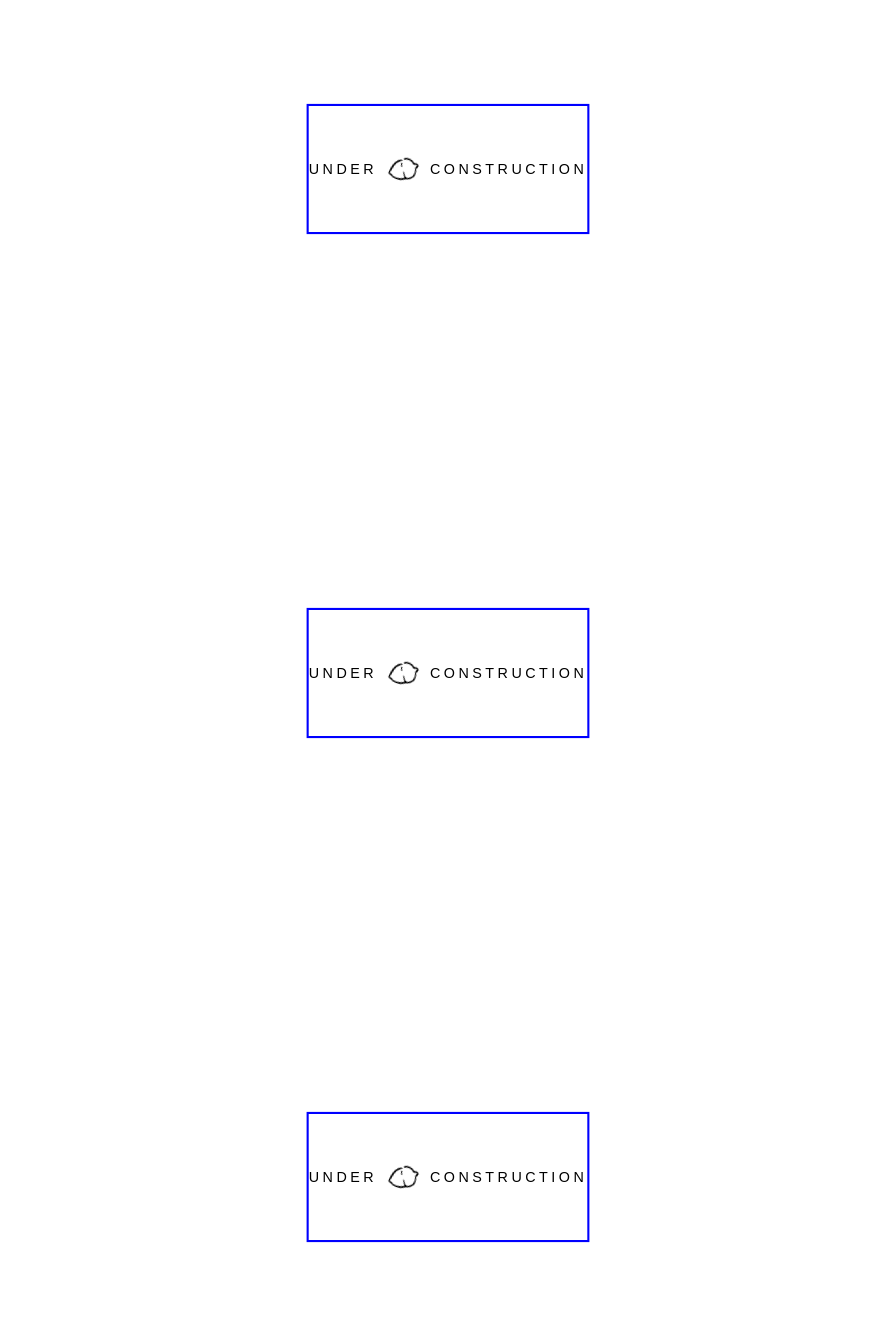
Repository: Achorn/achorn.github.io
Page: /
An editor plug-in stored every save of this project. The page is shown before and after the next save, followed by the edit.
The browser window is 1280 px wide. The pictures show the part of the page from y = 839 to 2759 px (the page is 2880 px tall), at 70% of full size.
The project was rebuilt for these pictures with package versions that can differ from the ones it lists, and the page was loaded fresh each time.

Above is the page before, as saved 2023-05-10 10:47:24.

After the next save:
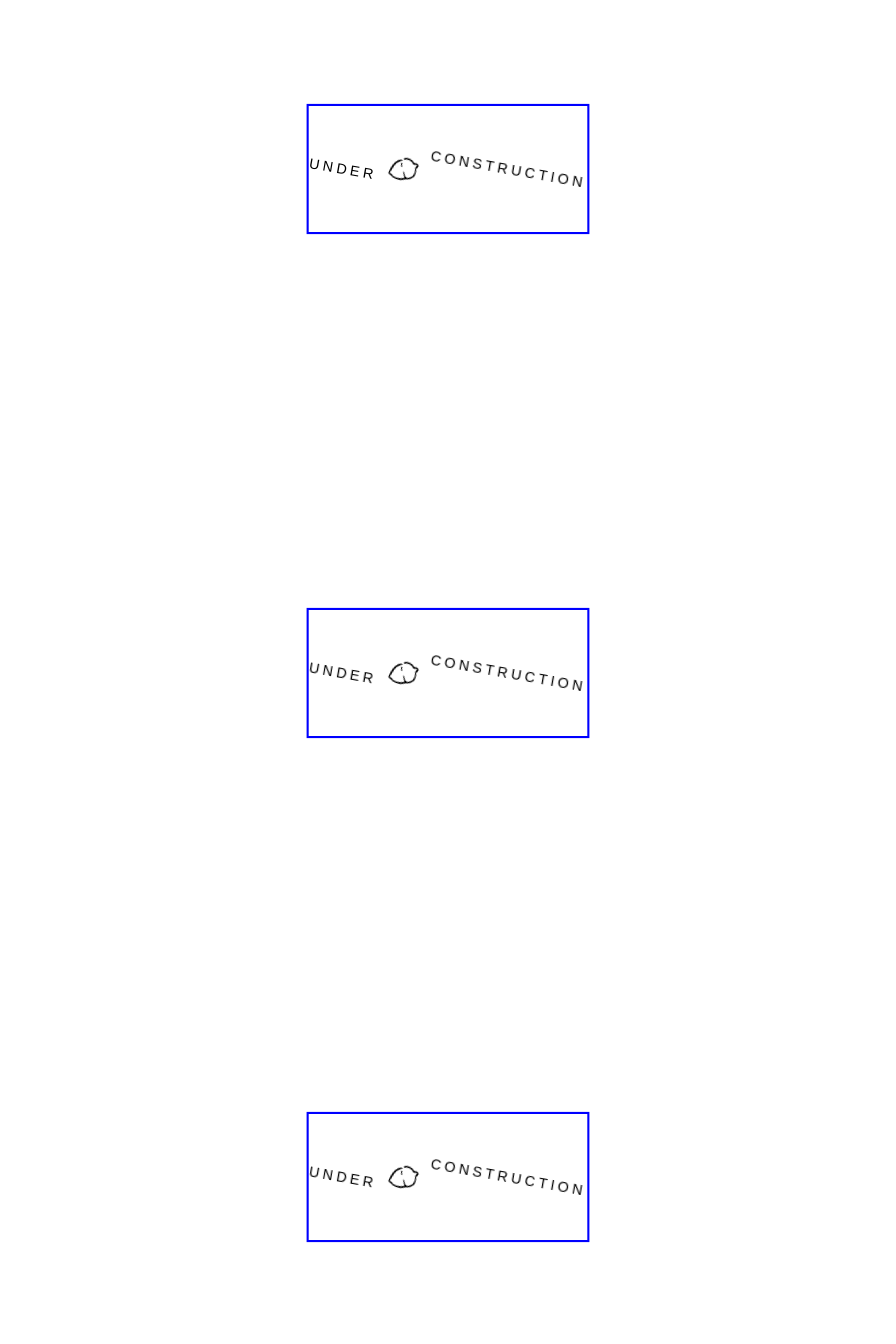
Saved 41 s later.
--- a/src/main/Main.css
+++ b/src/main/Main.css
@@ -92,6 +92,7 @@
   line-height: 2.23vw;
   letter-spacing: 0.39vw;
   font-size: 1.6vw;
+  transform: rotate(10deg);
 }
 
 .Acorn-logo {
